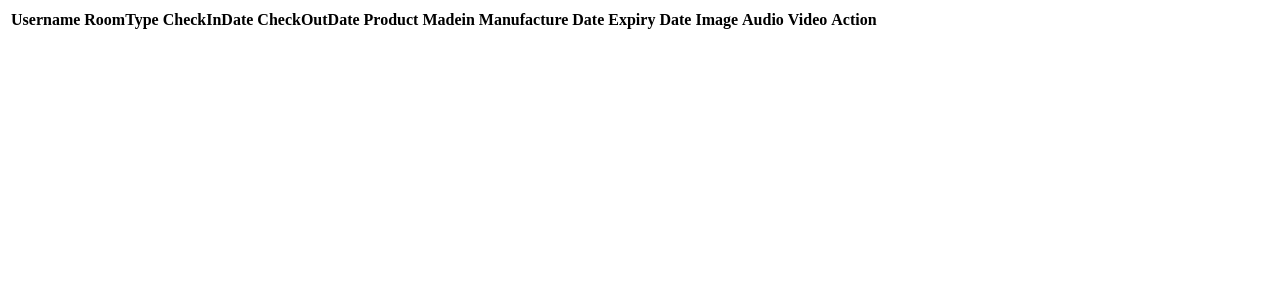
Repository: sivaprasadpk/adavpro
Page: http://localhost/LoginProjecct/BookDetails.jsp
The author's editor kept a copy of each file at every save. The page is drawn from the files as they stood at one save, then again after the next save.
The browser window is 1280 px wide. The pictures show the whole page.
The page is served by Tomcat 9. Other server files are loaded and not shown.

Above is the page before, as saved 2024-03-18 05:07:57.

### LoginProjecct/src/main/webapp/BookDetails.jsp
<%@ page language="java" contentType="text/html; charset=ISO-8859-1"
    pageEncoding="ISO-8859-1"%>
    <%@page import="com.sathya.servlet.BookDetailsDao"%>
    <%@page import="java.util.Base64"%>
    <%@taglib uri="http://java.sun.com/jsp/jstl/core" prefix="c"%>
<!DOCTYPE html>
<html>
<head>
<meta charset="ISO-8859-1">
<title>Insert title here</title>
</head>
<body>
<table class="table table-bordered table-striped">
		<thead class="thead-dark">
			<tr>
				<th>Username</th>
				<th>RoomType</th>
				<th>CheckInDate</th>
				<th>CheckOutDate</th>
				<th>Product Madein</th>
				<th>Manufacture Date</th>
				<th>Expiry Date</th>
				<th>Image</th>
				<th>Audio</th>
				<th>Video</th>
				<th>Action</th>
			</tr>
		</thead>
		</table>
</body>
</html>

After the next save:
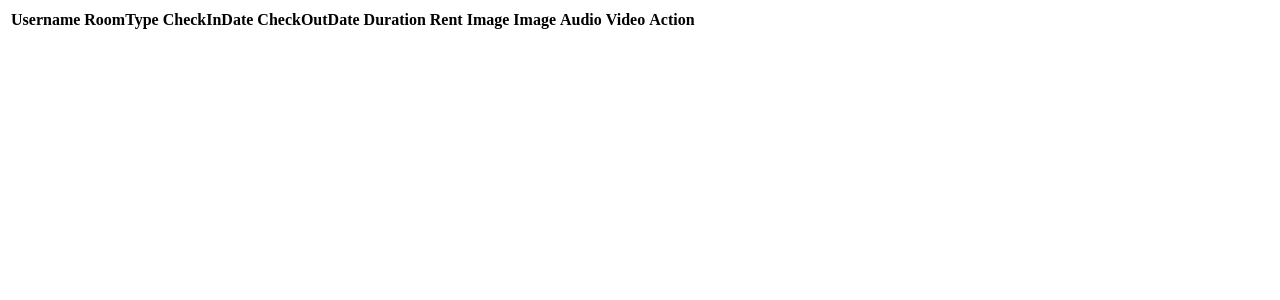
Saved 64 s later.
--- a/LoginProjecct/src/main/webapp/BookDetails.jsp
+++ b/LoginProjecct/src/main/webapp/BookDetails.jsp
@@ -17,9 +17,9 @@
 				<th>RoomType</th>
 				<th>CheckInDate</th>
 				<th>CheckOutDate</th>
-				<th>Product Madein</th>
-				<th>Manufacture Date</th>
-				<th>Expiry Date</th>
+				<th>Duration</th>
+				<th>Rent</th>
+				<th>Image</th>
 				<th>Image</th>
 				<th>Audio</th>
 				<th>Video</th>
